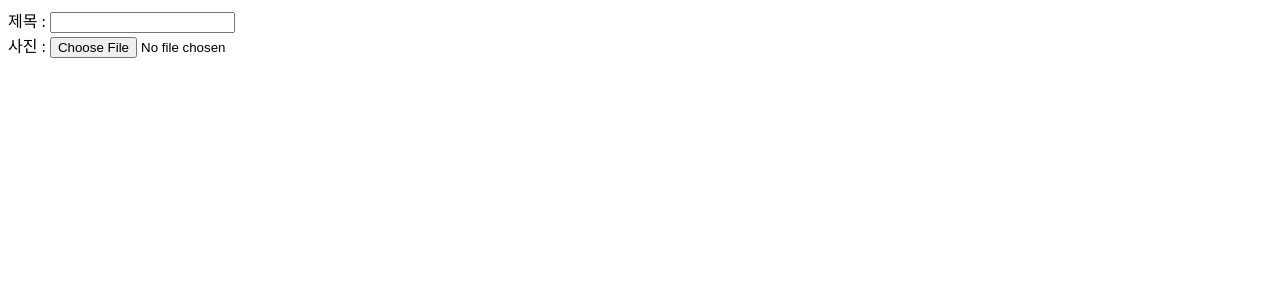
Repository: simDev1234/WebStudy
Page: http://localhost/2022_0607_FileUploadTest/input_file.jsp
These files come from the project's save history. The page is drawn as it stood at one moment and after the next save; the edit follows.
The browser window is 1280 px wide. The pictures show the whole page.
The page is served by Tomcat 9.

Above is the page before, as saved 2022-06-07 01:51:08.

After the next save:
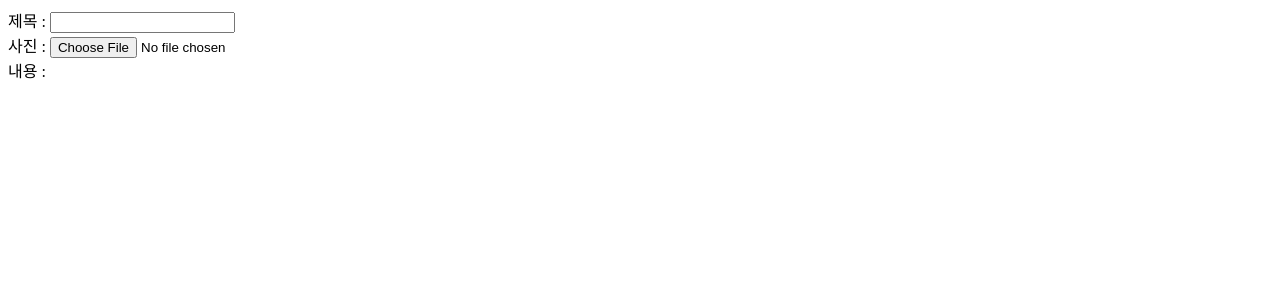
Saved 8 s later.
--- a/_01_상반기_WebStudy/2022_0607_FileUploadTest/src/main/webapp/input_file.jsp
+++ b/_01_상반기_WebStudy/2022_0607_FileUploadTest/src/main/webapp/input_file.jsp
@@ -16,6 +16,7 @@
 <form action = "" method = "POST" enctype = "multipart/form_data">
    제목 : <input name = "title"><br>
    사진 : <input type = "file" name = "photo"><br>
+   내용 :
 </form>
 </body>
 </html>
